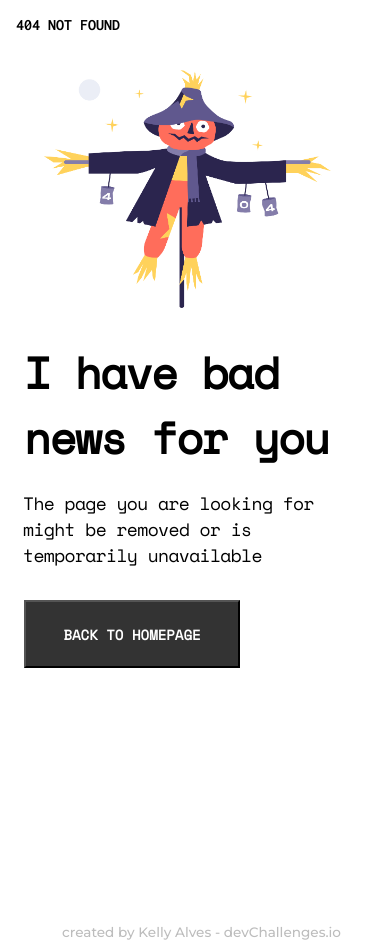
Repository: kellyalves87/404_not_found
Page: index.html
An editor plug-in stored every save of this project. The page is shown before and after the next save, followed by the edit.
The browser window is 375 px wide. The pictures show the whole page.

Above is the page before, as saved 2021-05-16 16:47:27.

After the next save:
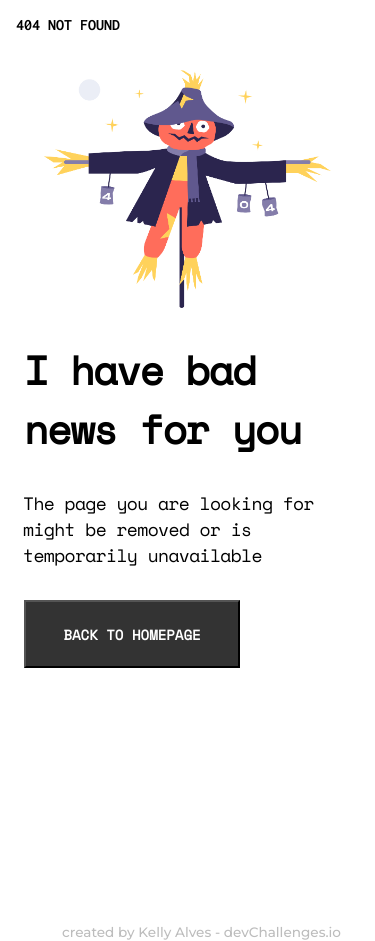
Saved 56 s later.
--- a/style/index.css
+++ b/style/index.css
@@ -121,10 +121,10 @@ button {
   }
 
   .content h1 {
-    font-size: 2.75rem;
+    font-size: 2.50rem;
     letter-spacing: -0.035em;
     position: absolute;
-    width: 350px;
+    width: 344px;
     height: 142px;
     left: 24px;
     top: 340px;
